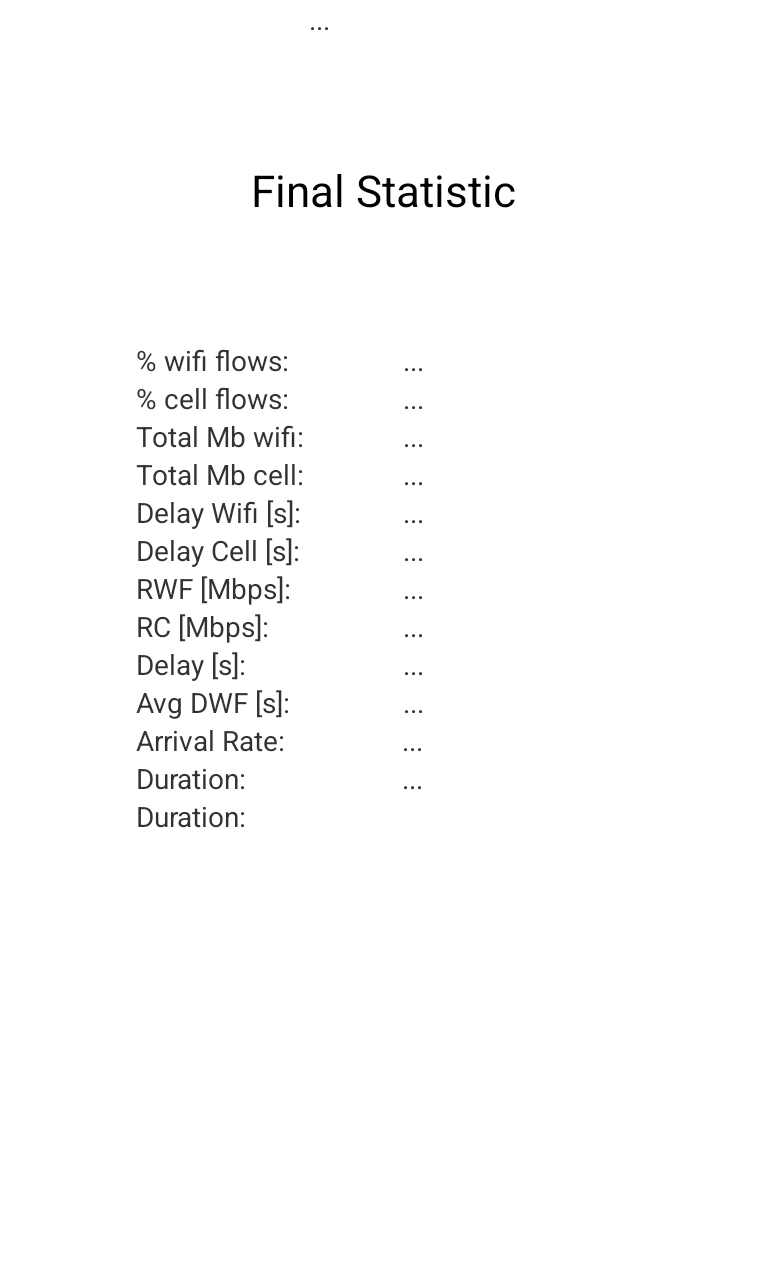
Repository: nncsang/Java-DynamicOffloading
Layout: Wifi3GProject/Wifi3GProject/res/layout/final_stat.xml
An editor plug-in stored every save of this project. The layout is shown before and after the next save, followed by the edit.
It is drawn on a 768 x 1280 px phone screen (xhdpi) without system bars, with theme AppTheme; the app's code is not run.

Above is the layout before, as saved 2016-01-13 10:26:33.

### Wifi3GProject/Wifi3GProject/res/layout/final_stat.xml
<?xml version="1.0" encoding="utf-8"?>
<RelativeLayout xmlns:android="http://schemas.android.com/apk/res/android"
    android:layout_width="match_parent"
    android:layout_height="match_parent"
    android:orientation="vertical" >

    <TextView
        android:id="@+id/WF"
        android:layout_width="wrap_content"
        android:layout_height="wrap_content"
        android:layout_alignBaseline="@+id/WFView"
        android:layout_alignBottom="@+id/WFView"
        android:layout_alignRight="@+id/textView1"
        android:layout_toRightOf="@+id/TotWifiView"
        android:gravity="center"
        android:text="..." />

    <TextView
        android:id="@+id/CF"
        android:layout_width="wrap_content"
        android:layout_height="wrap_content"
        android:layout_above="@+id/TotWifiView"
        android:layout_alignRight="@+id/WF"
        android:layout_toRightOf="@+id/TotWifiView"
        android:gravity="center"
        android:text="..." />

    <TextView
        android:id="@+id/TotWifi"
        android:layout_width="wrap_content"
        android:layout_height="wrap_content"
        android:layout_alignBottom="@+id/TotWifiView"
        android:layout_alignLeft="@+id/CF"
        android:layout_alignRight="@+id/CF"
        android:gravity="center"
        android:text="..." />

    <TextView
        android:id="@+id/TotCell"
        android:layout_width="wrap_content"
        android:layout_height="wrap_content"
        android:layout_alignBottom="@+id/TotCellView"
        android:layout_alignLeft="@+id/TotWifi"
        android:layout_alignRight="@+id/TotWifi"
        android:gravity="center"
        android:text="..."  />

    <TextView
        android:id="@+id/DelayWifi"
        android:layout_width="wrap_content"
        android:layout_height="wrap_content"
        android:layout_alignBottom="@+id/DelayWifiView"
        android:layout_alignLeft="@+id/TotCell"
        android:layout_alignRight="@+id/TotCell"
        android:gravity="center"
        android:text="..."  />

    <TextView
        android:id="@+id/DelayCell"
        android:layout_width="wrap_content"
        android:layout_height="wrap_content"
        android:layout_alignBottom="@+id/DelayCellView"
        android:layout_alignLeft="@+id/DelayWifi"
        android:layout_alignRight="@+id/DelayWifi"
        android:gravity="center"
        android:text="..."  />

    <TextView
        android:id="@+id/RateWifi"
        android:layout_width="wrap_content"
        android:layout_height="wrap_content"
        android:layout_alignBottom="@+id/RateWifiView"
        android:layout_alignRight="@+id/DelayT"
        android:layout_toRightOf="@+id/RateWifiView"
        android:gravity="center"
        android:text="..." />

    <TextView
        android:id="@+id/RateCell"
        android:layout_width="wrap_content"
        android:layout_height="wrap_content"
        android:layout_alignBottom="@+id/RateCellView"
        android:layout_alignLeft="@+id/RateWifi"
        android:layout_alignRight="@+id/DelayT"
        android:gravity="center"
        android:text="..." />

    <TextView
        android:id="@+id/CFView"
        android:layout_width="wrap_content"
        android:layout_height="wrap_content"
        android:layout_alignLeft="@+id/WFView"
        android:layout_alignRight="@+id/WFView"
        android:layout_below="@+id/WFView"
        android:text="% cell flows: " />

    <TextView
        android:id="@+id/TotWifiView"
        android:layout_width="wrap_content"
        android:layout_height="wrap_content"
        android:layout_alignLeft="@+id/CFView"
        android:layout_below="@+id/CFView"
        android:text="Total Mb wifi: " />

    <TextView
        android:id="@+id/TotCellView"
        android:layout_width="wrap_content"
        android:layout_height="wrap_content"
        android:layout_alignLeft="@+id/TotWifiView"
        android:layout_below="@+id/TotWifiView"
        android:text="Total Mb cell: " />

    <TextView
        android:id="@+id/DelayWifiView"
        android:layout_width="wrap_content"
        android:layout_height="wrap_content"
        android:layout_alignLeft="@+id/TotCellView"
        android:layout_below="@+id/TotCell"
        android:layout_toLeftOf="@+id/TotCell"
        android:text="Delay Wifi [s]:" />

    <TextView
        android:id="@+id/DelayCellView"
        android:layout_width="wrap_content"
        android:layout_height="wrap_content"
        android:layout_alignLeft="@+id/DelayWifiView"
        android:layout_below="@+id/DelayWifi"
        android:layout_toLeftOf="@+id/DelayCell"
        android:text="Delay Cell [s]:" />

    <TextView
        android:id="@+id/RateWifiView"
        android:layout_width="wrap_content"
        android:layout_height="wrap_content"
        android:layout_alignLeft="@+id/DelayCellView"
        android:layout_below="@+id/DelayCell"
        android:layout_toLeftOf="@+id/DelayCell"
        android:text="RWF [Mbps]:" />

    <TextView
        android:id="@+id/RateCellView"
        android:layout_width="wrap_content"
        android:layout_height="wrap_content"
        android:layout_alignLeft="@+id/RateWifiView"
        android:layout_below="@+id/RateWifiView"
        android:text="RC [Mbps]:" />

    <TextView
        android:id="@+id/DelayTView"
        android:layout_width="wrap_content"
        android:layout_height="wrap_content"
        android:layout_alignLeft="@+id/RateCellView"
        android:layout_below="@+id/RateCellView"
        android:text="Delay [s]:" />

    <TextView
        android:id="@+id/DelayT"
        android:layout_width="wrap_content"
        android:layout_height="wrap_content"
        android:layout_alignBaseline="@+id/DelayTView"
        android:layout_alignBottom="@+id/DelayTView"
        android:layout_alignRight="@+id/textView1"
        android:layout_toRightOf="@+id/RateWifiView"
        android:gravity="center"
        android:text="..." />

    <TextView
        android:id="@+id/textView1"
        android:layout_width="wrap_content"
        android:layout_height="wrap_content"
        android:layout_alignParentTop="true"
        android:layout_centerHorizontal="true"
        android:layout_marginTop="80dp"
        android:text="Final Statistic"
        android:textAppearance="?android:attr/textAppearanceLarge" />

    <TextView
        android:id="@+id/WFView"
        android:layout_width="wrap_content"
        android:layout_height="wrap_content"
        android:layout_alignParentLeft="true"
        android:layout_below="@+id/textView1"
        android:layout_marginLeft="68dp"
        android:layout_marginTop="61dp"
        android:text="% wifi flows:" />

    <TextView
        android:id="@+id/TextView01"
        android:layout_width="wrap_content"
        android:layout_height="wrap_content"
        android:layout_alignLeft="@+id/DelayTView"
        android:layout_below="@+id/DelayTView"
        android:text="Avg DWF [s]:" />

    <TextView
        android:id="@+id/avgDWF"
        android:layout_width="wrap_content"
        android:layout_height="wrap_content"
        android:layout_alignRight="@+id/DelayT"
        android:layout_below="@+id/DelayT"
        android:layout_toRightOf="@+id/TotCellView"
        android:gravity="center"
        android:text="..." />

    <TextView
        android:id="@+id/lamda"
        android:layout_width="wrap_content"
        android:layout_height="wrap_content"
        android:layout_below="@+id/TextView01"
        android:layout_marginLeft="68dp"
        android:gravity="center"
        android:text="Arrival Rate:" />

     <TextView
        android:id="@+id/lamda_value"
        android:layout_width="wrap_content"
        android:layout_height="wrap_content"
        android:layout_alignRight="@+id/avgDWF"
        android:layout_below="@+id/avgDWF"
        android:layout_toRightOf="@+id/lamda"
        android:layout_marginLeft="12dp"
        android:gravity="center"
        android:text="..." />

     <TextView
        android:id="@+id/duration"
        android:layout_width="wrap_content"
        android:layout_height="wrap_content"
        android:layout_below="@+id/lamda"
        android:layout_marginLeft="68dp"
        android:gravity="center"
        android:text="Duration:" />

     <TextView
        android:id="@+id/duration_value"
        android:layout_width="wrap_content"
        android:layout_height="wrap_content"
        android:layout_alignRight="@+id/lamda_value"
        android:layout_below="@+id/lamda_value"
        android:layout_toRightOf="@+id/duration"
        android:layout_marginLeft="31dp"
        android:gravity="center"
        android:text="..." />

     <TextView
        android:id="@+id/task_comming"
        android:layout_width="wrap_content"
        android:layout_height="wrap_content"
        android:layout_below="@+id/duration"
        android:layout_marginLeft="68dp"
        android:gravity="center"
        android:text="Duration:" />

     <TextView
        android:id="@+id/duration_value"
        android:layout_width="wrap_content"
        android:layout_height="wrap_content"
        android:layout_alignRight="@+id/duration_value"
        android:layout_below="@+id/duration_value"
        android:layout_toRightOf="@+id/task_comming"
        android:layout_marginLeft="31dp"
        android:gravity="center"
        android:text="..." />

</RelativeLayout>

### Wifi3GProject/Wifi3GProject/res/values/styles.xml
<resources xmlns:android="http://schemas.android.com/apk/res/android">

    <!--
        Base application theme, dependent on API level. This theme is replaced
        by AppBaseTheme from res/values-vXX/styles.xml on newer devices.
    -->
    <style name="AppBaseTheme" parent="android:Theme.Light">
        <!--
            Theme customizations available in newer API levels can go in
            res/values-vXX/styles.xml, while customizations related to
            backward-compatibility can go here.
        -->
    </style>

    <!-- Application theme. -->
    <style name="AppTheme" parent="AppBaseTheme">
        <!-- All customizations that are NOT specific to a particular API-level can go here. -->
    </style>



    <style name="btnStyle" parent="@android:style/Widget.Button">
       <item name="android:textSize">15sp</item>
       <item name="android:textStyle">bold</item>
       <item name="android:textColor">#FFFFFF</item>
       <item name="android:gravity">center</item>
       <item name="android:shadowColor">#000000</item>
       <item name="android:shadowDx">1</item>
       <item name="android:shadowDy">1</item>
       <item name="android:shadowRadius">0.6</item>
       <item name="android:background">@drawable/custom_btn</item>
       <item name="android:padding">10dip</item>
   </style>

    <style name="customtheme" parent="@android:style/Theme.Light">
        <item name="android:spinnerItemStyle">@style/SpinnerItem</item>
        <item name="android:spinnerDropDownItemStyle">@style/SpinnerDropDownItem</item>
    </style>
    <style name="SpinnerItem">
        <item name="android:textColor">#FFFFFF</item>
        <item name="android:background">@drawable/custom_btn</item>
    </style>
    <style name="SpinnerDropDownItem">
        <item name="android:textColor">#FFFFFF</item>
        <item name="android:background">@drawable/custom_btn</item>
    </style>


</resources>

Loaded but not shown: Wifi3GProject/Wifi3GProject/res/values-v11/styles.xml (common file); Wifi3GProject/Wifi3GProject/res/values-v14/styles.xml (common file)

After the next save:
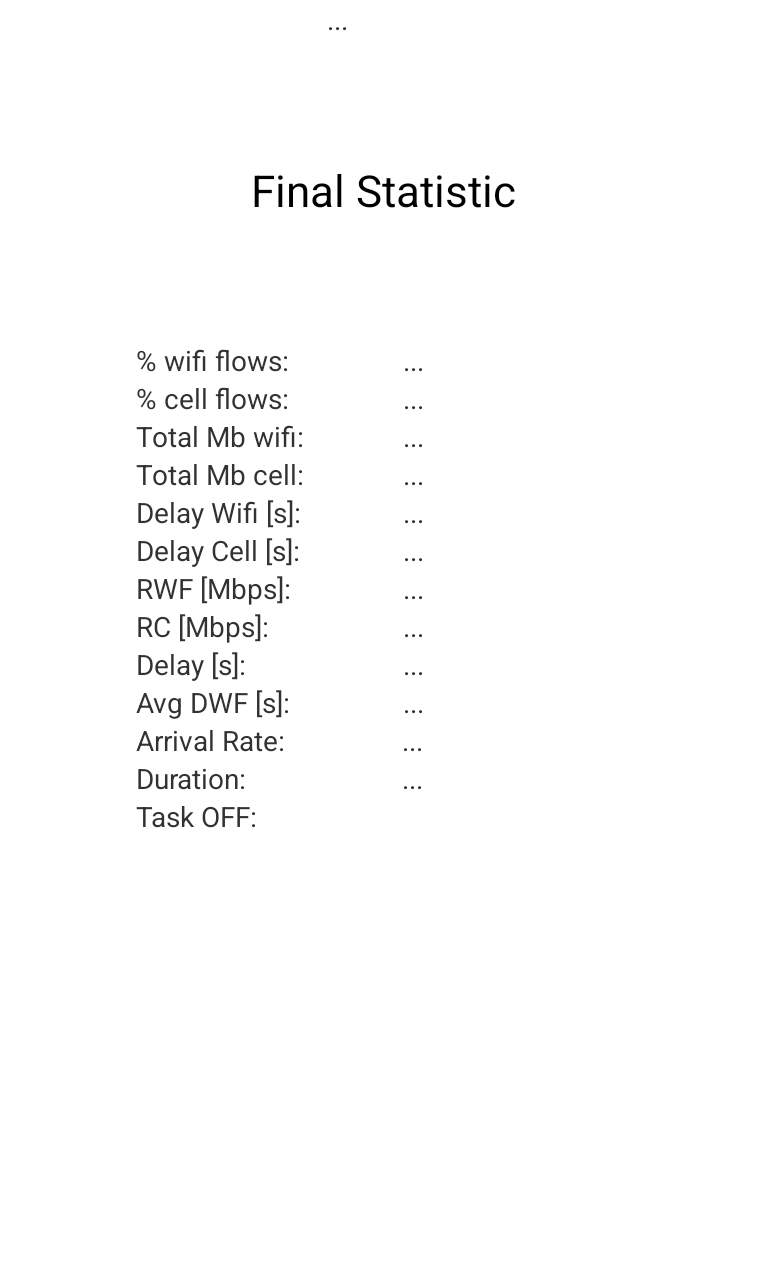
Saved 32 s later.
--- a/Wifi3GProject/Wifi3GProject/res/layout/final_stat.xml
+++ b/Wifi3GProject/Wifi3GProject/res/layout/final_stat.xml
@@ -249,7 +249,7 @@
         android:layout_below="@+id/duration"
         android:layout_marginLeft="68dp"
         android:gravity="center"
-        android:text="Duration:" />
+        android:text="Task OFF: " />
 
      <TextView
         android:id="@+id/duration_value"
